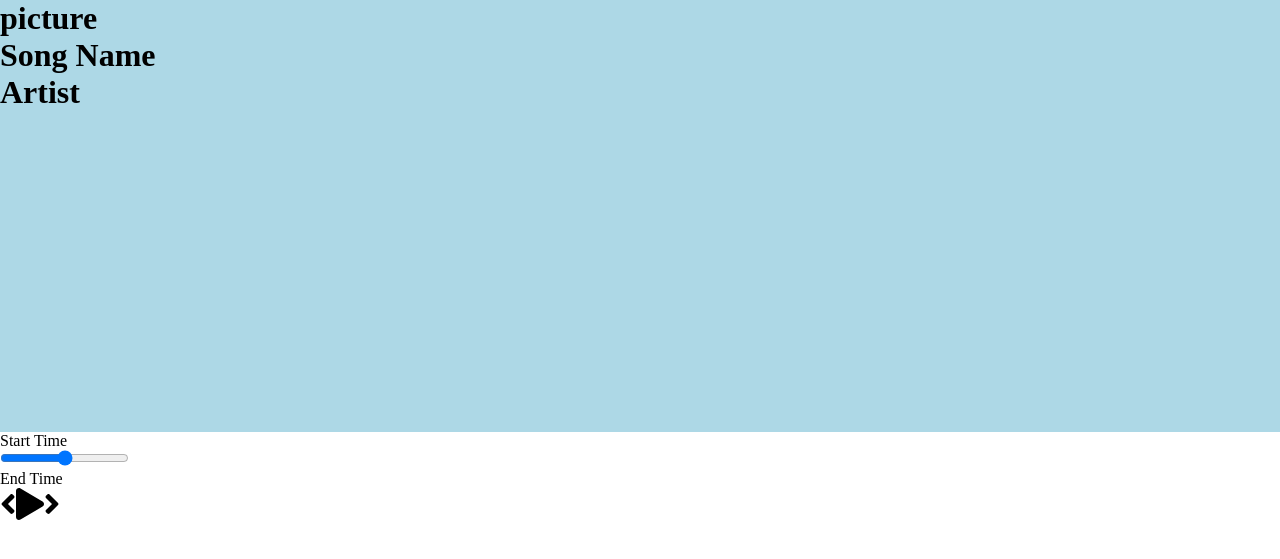
Repository: Elue-dev/music-app
Page: /
An editor plug-in stored every save of this project. The page is shown before and after the next save, followed by the edit.
The browser window is 1280 px wide. The pictures show the whole page.
The project was rebuilt for these pictures with package versions that can differ from the ones it lists, and the page was loaded fresh each time.

Above is the page before, as saved 2020-11-08 23:31:06.

### src/index.js
import React from 'react';
import ReactDOM from 'react-dom';
import "./styles/app.scss";

import App from './App';
import reportWebVitals from './reportWebVitals';

ReactDOM.render(
  <React.StrictMode>
    <App />
  </React.StrictMode>,
  document.getElementById('root')
);

// If you want to start measuring performance in your app, pass a function
// to log results (for example: reportWebVitals(console.log))
// or send to an analytics endpoint. Learn more: https://bit.ly/CRA-vitals
reportWebVitals();

### src/styles/app.scss
*{
    margin: 0;
    padding: 0;
    box-sizing: border-box;
}
@import "./player";
@import "./song"

### src/App.js
import React from 'react';
// adding components
import Player from './components/Player';
import Song from './components/Song';
// import styles
import "./styles/app.scss";


function App() {
  return (
    <div className="App">
   <Song />
   <Player />
    </div>
  );
}

export default App;

### src/styles/_player.scss
.song-container{
    min-height: 60vh;
    background: lightblue;
}

### src/components/Player.js
import React from 'react';
import {FontAwesomeIcon } from '@fortawesome/react-fontawesome';
import { faPlay, faAngleLeft, faAngleRight } from '@fortawesome/free-solid-svg-icons';


const Player = () => {
    return (
        <div className="player">
          <div className="time-control">
              <p>Start Time</p>
              <input type="range" />
              <p>End Time</p>
          </div>
          <div className="play-control">
              <FontAwesomeIcon className="skip-back" size="2x" icon={faAngleLeft} />

              <FontAwesomeIcon className="play" size="2x" icon={faPlay} />

              <FontAwesomeIcon className="skip-forward"size="2x" icon={faAngleRight} />

          </div>
        </div>
    )
}


export default Player

### src/components/Song.js
import React from 'react';


const Song = () => {
    return (
        <div className="song-container">
          <h1>picture</h1>
          <h1>Song Name</h1>
          <h1>Artist</h1>
        </div>
    )
}


export default Song

Loaded but not shown: src/reportWebVitals.js (common file); src/styles/_song.scss (no stored copy; drawn as an empty file)

After the next save:
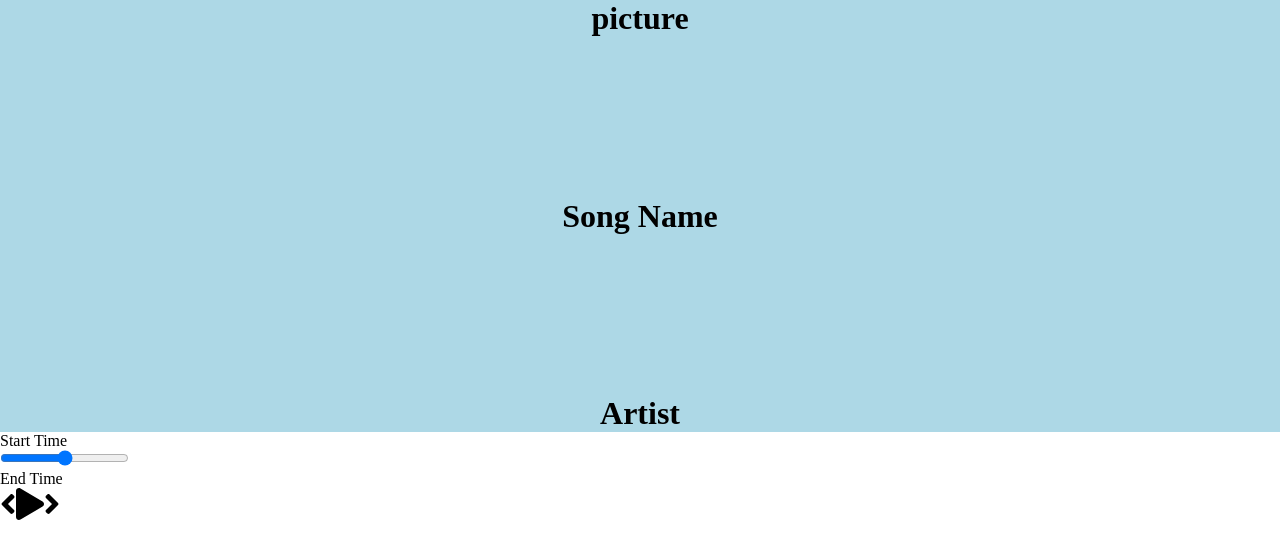
Saved 22 min 25 s later.
--- a/src/styles/_player.scss
+++ b/src/styles/_player.scss
@@ -1,4 +1,8 @@
 .song-container{
     min-height: 60vh;
     background: lightblue;
+    display: flex;
+    flex-direction: column;
+    align-items: center;
+    justify-content: space-between;
 }
